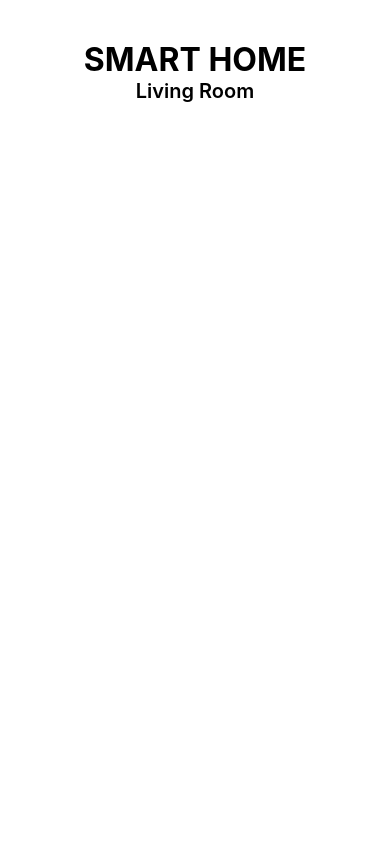
Repository: NQD2308/CNTT3
Screen: / (app in Week 5/home work/ListThietBi/)
These files come from the project's save history. The screen is drawn as it stood at one moment and after a run of saves; the edit follows.
The app was drawn by React Native's web renderer in a window 390 px wide. The project was rebuilt for these pictures with package versions that can differ from the ones it lists, and the page was loaded fresh each time.

Above is the screen before, as saved 2024-04-11 22:32:23.

### Week 5/home work/ListThietBi/App.js
import { StatusBar } from 'expo-status-bar';
import { StyleSheet, Text, View, Switch } from 'react-native';
import MIcon from 'react-native-vector-icons/FontAwesome';

export default function App() {
  return (
    <View style={styles.container}>
      <StatusBar style="auto" backgroundColor="gray"/>
      <Text style={styles.headerText}>SMART HOME</Text>
      <Text style={styles.headerLittleText}>Living Room</Text>
      <View>
        <View>

        </View>

      </View>
    </View>
  );
}

const styles = StyleSheet.create({
  container: {
    flex: 1,
    backgroundColor: '#fff',
    alignItems: 'center',
    marginTop: 40
  },
  headerText: {
    fontSize: 32,
    fontWeight: 'bold'
  },
  headerLittleText: {
    fontSize: 20,
    fontWeight: '600',
    marginBottom: 20
  },
});

After the next 3 saves:
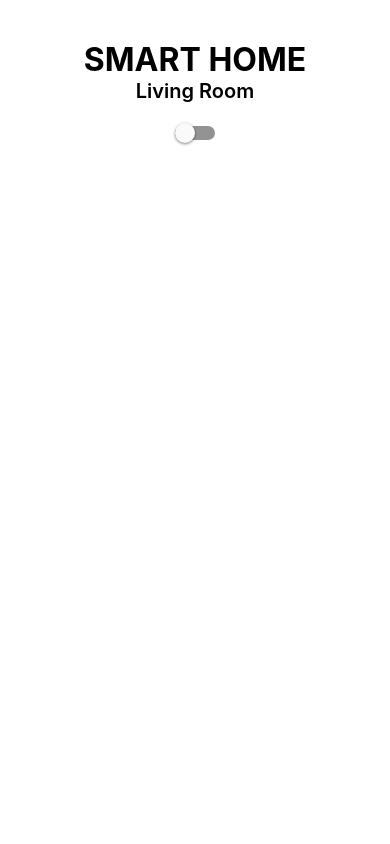
The 3 saves are shown as one change because they came seconds apart.
The last was saved 9 s later.
--- a/Week 5/home work/ListThietBi/App.js
+++ b/Week 5/home work/ListThietBi/App.js
@@ -12,7 +12,7 @@ export default function App() {
         <View>
 
         </View>
-
+        <Switch/>
       </View>
     </View>
   );
